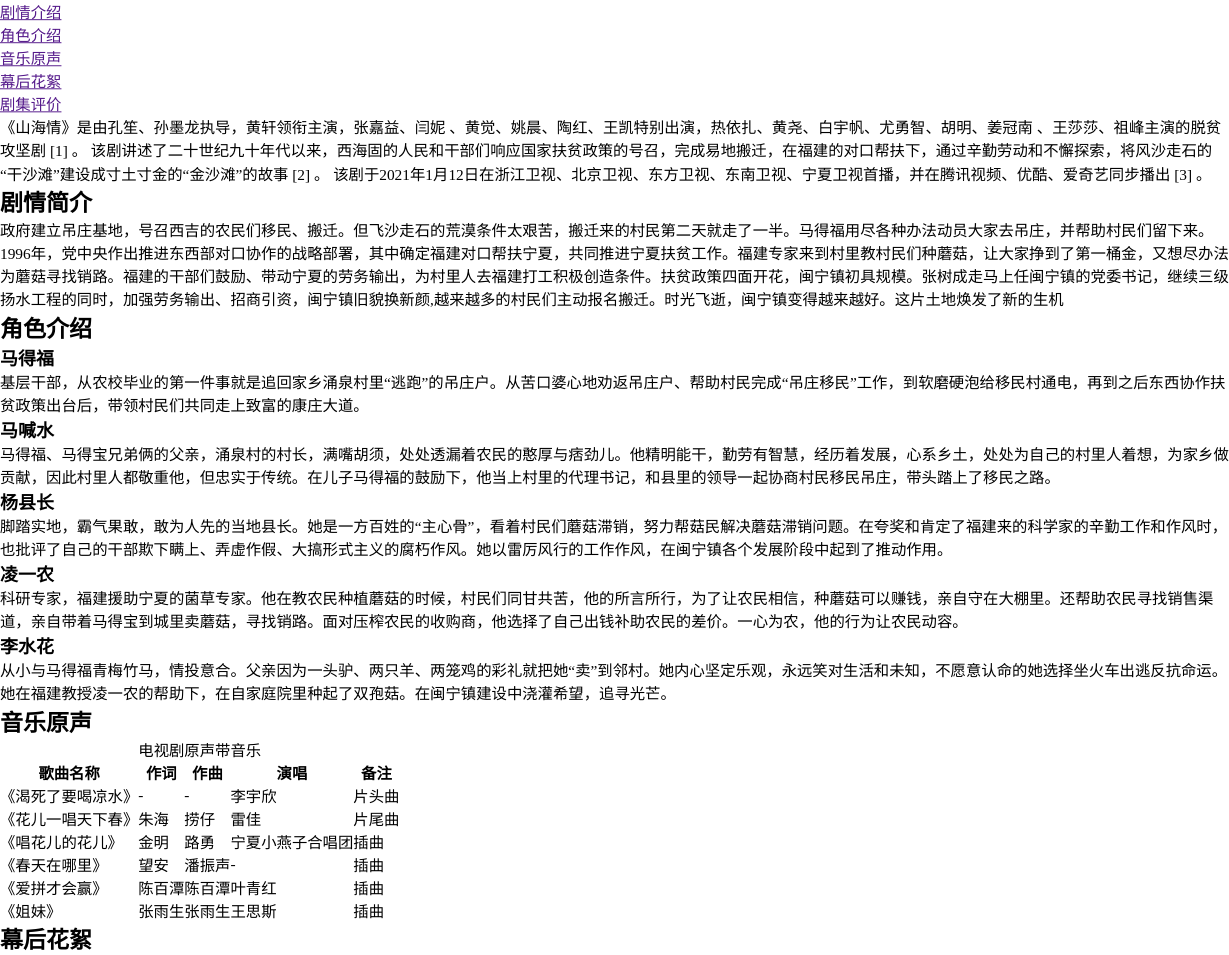
Repository: Lixianlai-2/static-website
Page: index.html
An editor plug-in stored every save of this project. The page is shown before and after the next save, followed by the edit.
The browser window is 1280 px wide. The pictures show the whole page, at 96% of full size.

Above is the page before, as saved 2021-11-29 23:54:43.

After the next save:
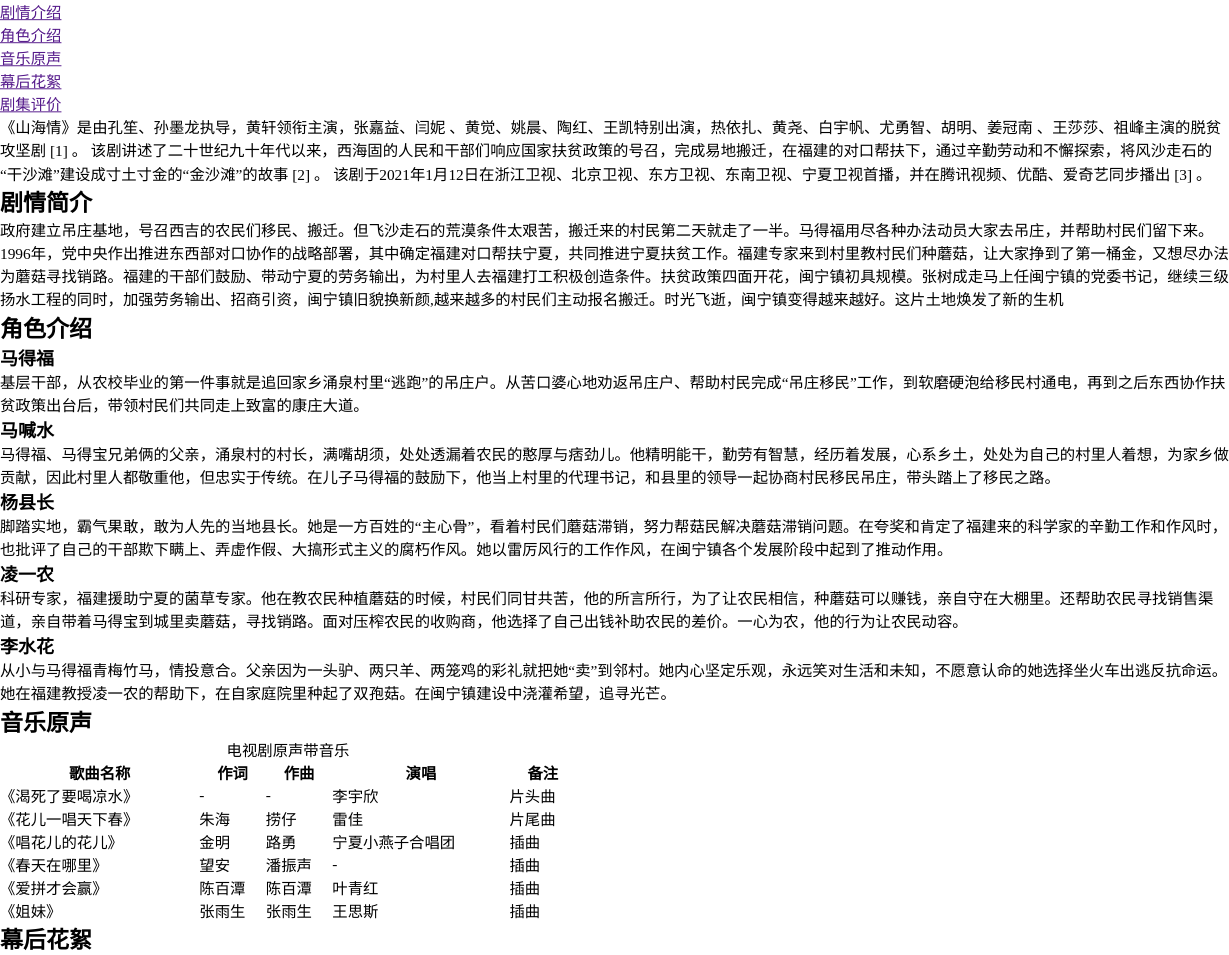
Saved 7 s later.
--- a/index.html
+++ b/index.html
@@ -22,7 +22,7 @@
       }
 
       table {
-        /* width: 600px; */
+        width: 600px;
         table-layout: auto;
         border-collapse: collapse;
         border-spacing: 0;
